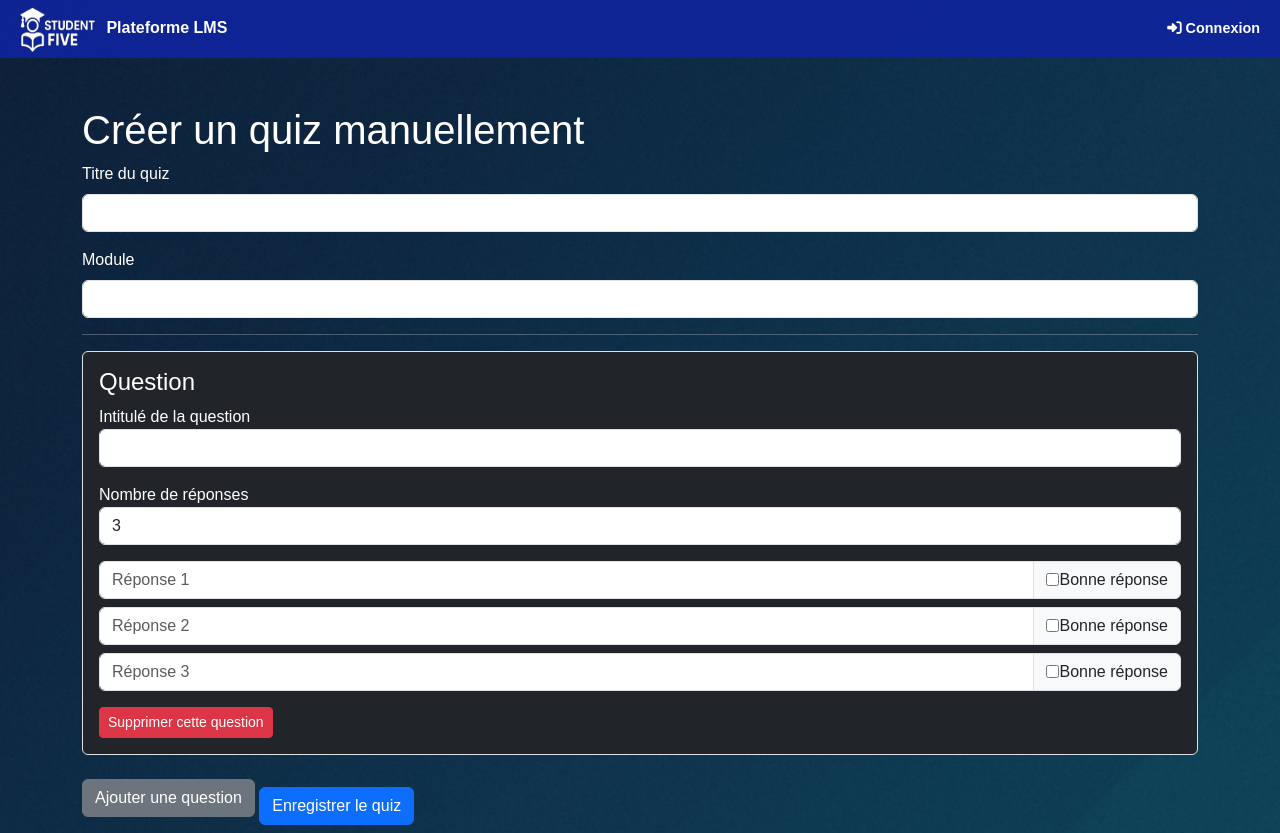
Repository: rominou007/scooby-doo
Page: http://localhost/creer_quiz_manuel.php
The author's editor kept a copy of each file at every save. The page is drawn from the files as they stood at one save, then again after the next save.
The browser window is 1280 px wide. The pictures show the whole page.
Backgrounds fixed to the window are drawn as part of the page. The page is run by PHP 8.4 with error messages shown; the project is at /var/www/html/. Queries for data that is not in the repository find no rows.

Above is the page before, as saved 2025-05-20 17:55:58.

After the next save:
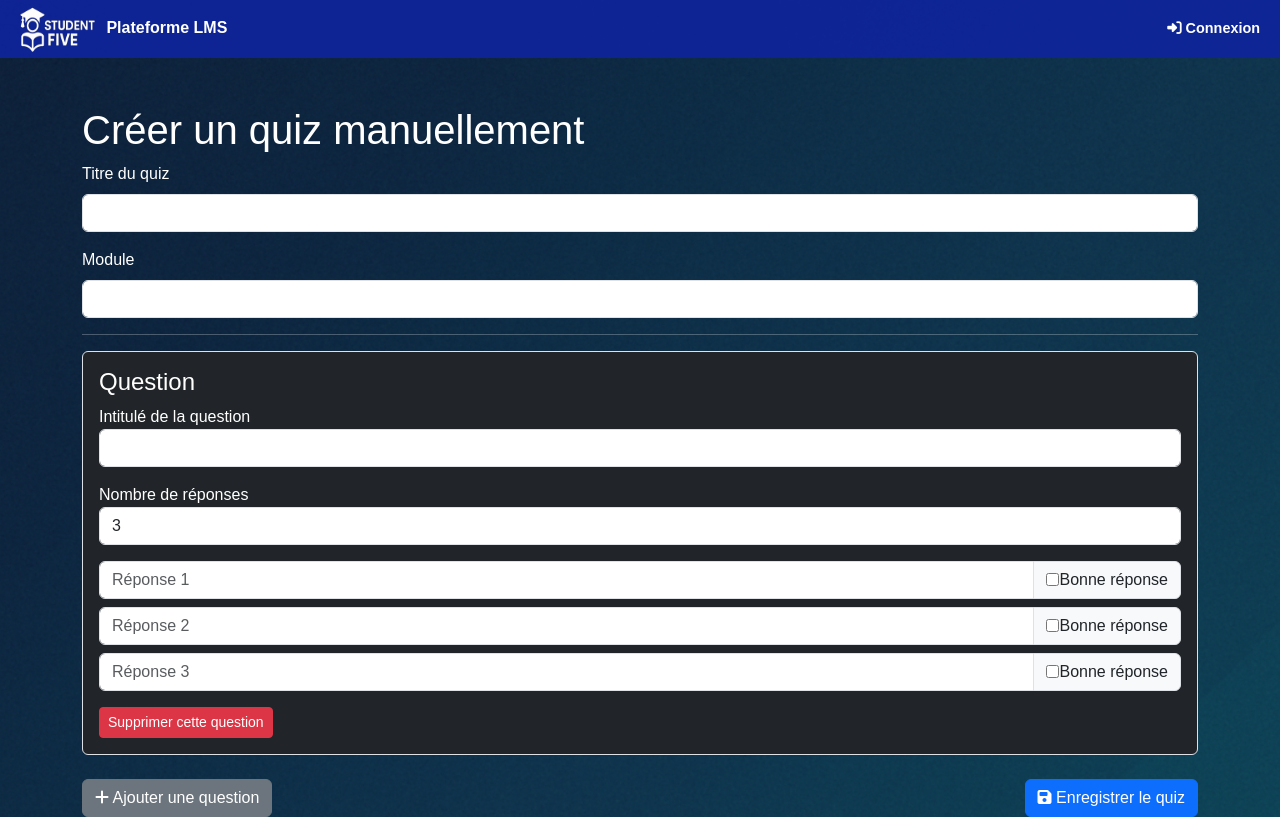
Saved 6 min 28 s later.
--- a/creer_quiz_manuel.php
+++ b/creer_quiz_manuel.php
@@ -71,8 +71,14 @@ if ($_SERVER['REQUEST_METHOD'] === 'POST' && isset($_POST['titre'], $_POST['modu
         </div>
         <hr>
         <div id="questions-container"></div>
-        <button type="button" class="btn btn-secondary mb-3" onclick="addQuestion()">Ajouter une question</button>
-        <button type="submit" class="btn btn-primary">Enregistrer le quiz</button>
+        <div class="d-flex justify-content-between gap-2 mt-4">
+            <button type="button" class="btn btn-secondary" onclick="addQuestion()">
+                <i class="fas fa-plus"></i> Ajouter une question
+            </button>
+            <button type="submit" class="btn btn-primary">
+                <i class="fas fa-save"></i> Enregistrer le quiz
+            </button>
+        </div>
     </form>
 </div>
 
